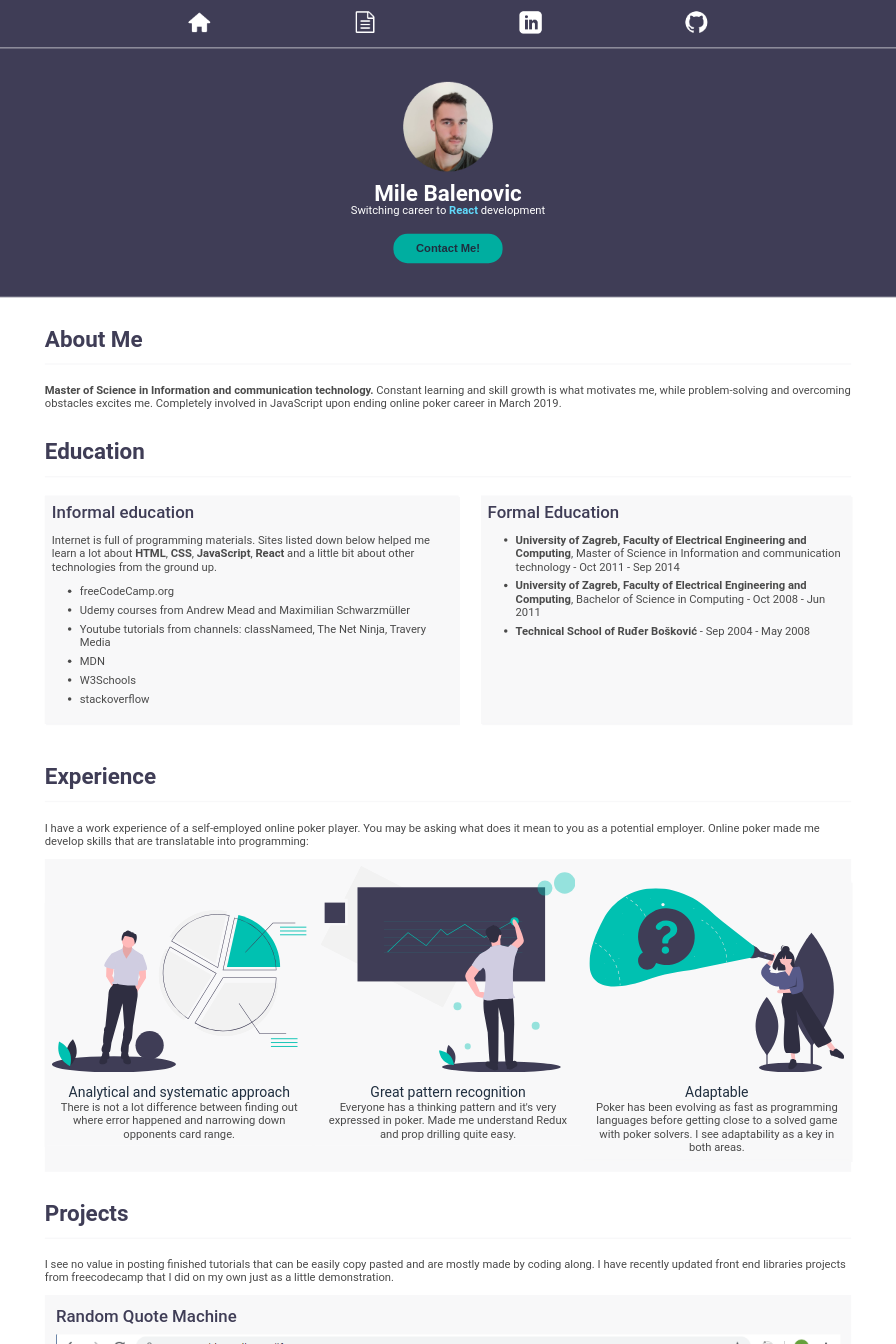
Repository: milac0/my-website
Page: /
An editor plug-in stored every save of this project. The page is shown before and after the next save, followed by the edit.
The browser window is 1280 px wide. The pictures show the part of the page from y = 0 to 1920 px (the page is 6645 px tall), at 70% of full size.
The project was rebuilt for these pictures with package versions that can differ from the ones it lists, and the page was loaded fresh each time. Also part of the build but not shown: src/components/formContact.module.css, src/components/FormContact.js, src/pages/contact.module.css, src/pages/Contact.js. Imported but missing from the stored project, and not drawn on this page: src/resume.pdf.

Above is the page before, as saved 2019-10-24 21:28:57.

After the next save:
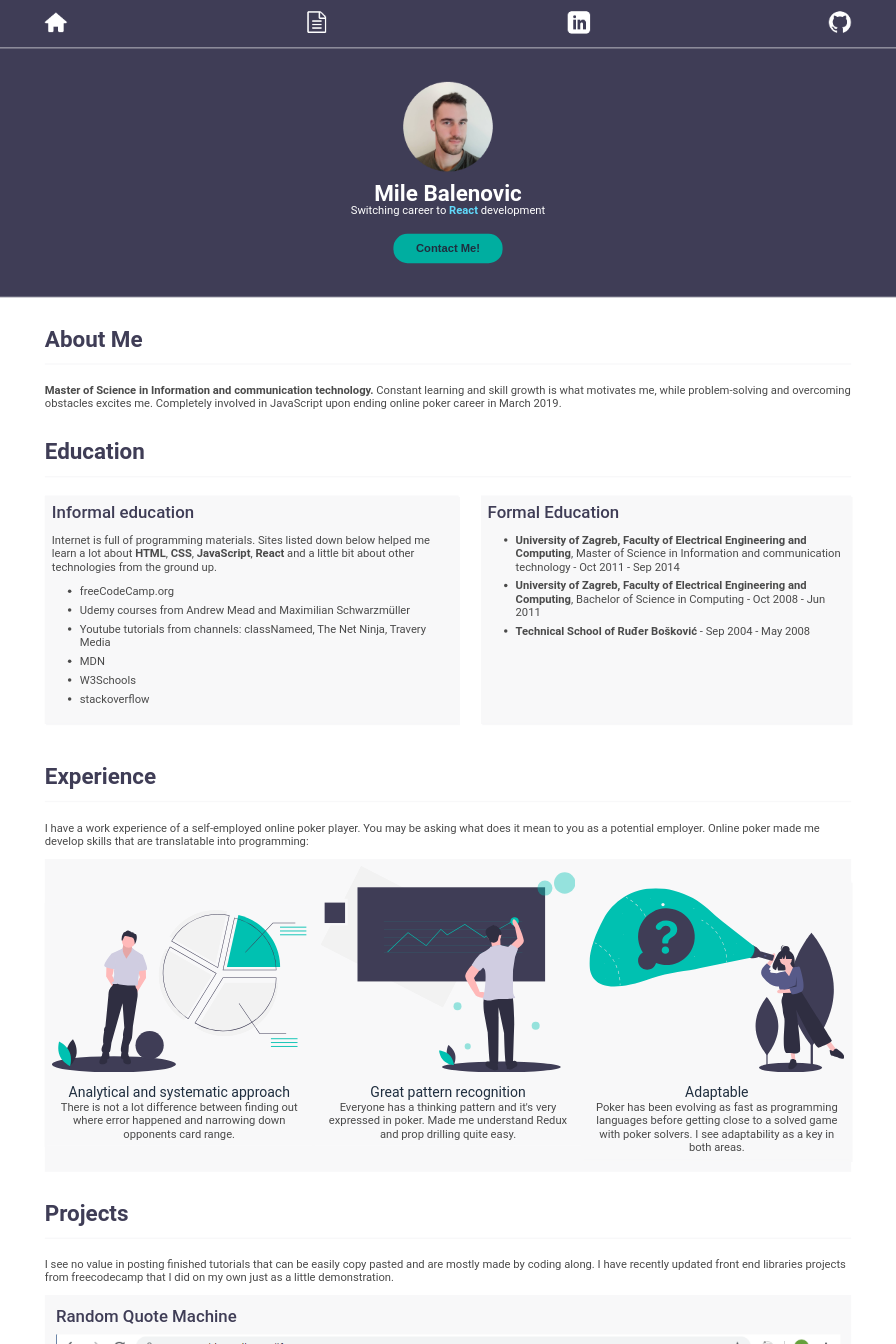
Saved 13 s later.
--- a/src/index.css
+++ b/src/index.css
@@ -249,7 +249,7 @@ footer {
     max-width: 100%;
     margin: 0 auto;
     display: flex;
-    /* justify-content: space-evenly; */
+    justify-content: space-between;
     align-items: center;
   }
 
